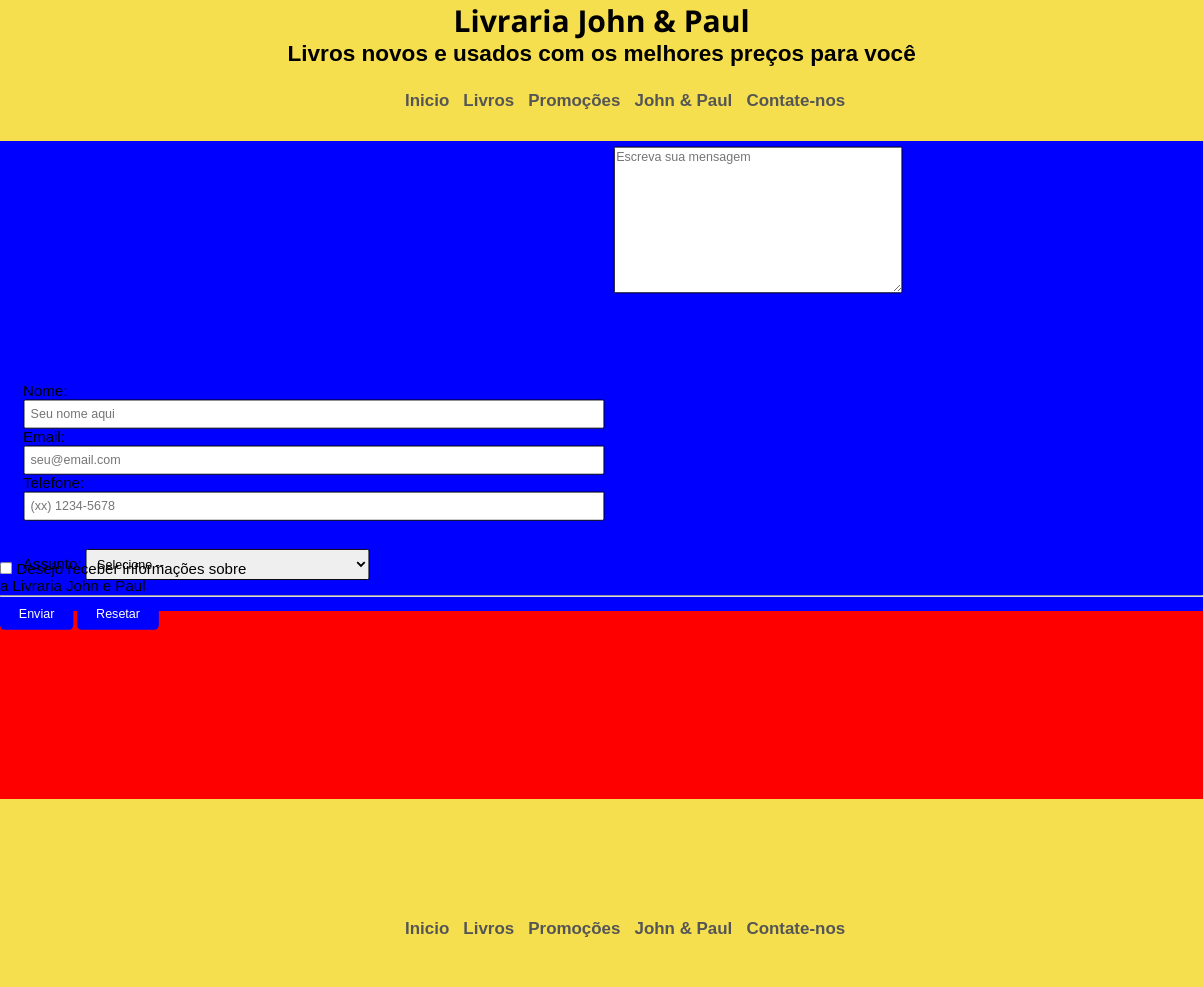
Repository: MarcoantonioCaldeira/Site-livraria-John-e-Paul
Page: contato.html
An editor plug-in stored every save of this project. The page is shown before and after the next save, followed by the edit.
The browser window is 1280 px wide. The pictures show the whole page, at 94% of full size.

Above is the page before, as saved 2022-09-25 11:27:58.

### contato.html
<!doctype html>
<html dir="ltr" lang="pt-BR">
<head>
   <meta charset="utf-8">
   <meta name="viewport" content="width=device-width, initial-scale=1.0">

   <title>Meu Primeiro Projeto</title>
   <link rel="stylesheet" href="css/estilo.css">
</head>
<body>
<header id="topo">
   <h1 class="textoVermelho center"> Livraria John & Paul</h1>
   <h2 class="center">Livros novos e usados com os melhores preços para você</h2>

<nav id="menu">
   <ul>
      <li><a href="index.html">Inicio</a></li>
      <li><a href="produtos.html">Livros</a></li>
      <li><a href="#">Promoções</a></li>
      <li><a href="sobre.html">John & Paul</a></li>
      <li><a href="contato.html">Contate-nos</a></li>
   </ul>
</nav>
</header>
<section class="section-contato">
   <form class="formulario">
      <fieldset>

         <div style="margin-top:20%">
            <label for="nome">Nome:</label>
            <input type="text" name="nome" id="nome" placeholder="Seu nome aqui">
            <label for="email">Email:</label>
            <input type="email" name="email" id="email" placeholder="seu@email.com">
            <label for="tel">Telefone:</label>
            <input type="tel" name="tel" id="tel" placeholder="(xx) 1234-5678" >
            <label for="assunto">Assunto:</label>
            <select name="assunto" id="assunto">
               <option selected="selected">Selecione --</option>
               <option>Trocas</option>
               <option>Atendimento</option>
               <option>Comercial</option>
               <option>Outros</option>
            </select>
         </div>
         <div>
            <textarea name="msg" id="msg" cols="20" rows="10" placeholder="Escreva sua mensagem"></textarea>
         </div>
      </fieldset>
      <input type="checkbox" name="news" id="news">
      <label for="news">Desejo receber informações sobre<br> a Livraria John e Paul</label>
      <hr>
      <button type="submit">Enviar</button>
      <button type="reset">Resetar</button>
   </form>
</section>
<footer id="rodape">
   <ul class="ul_rodape">
      <li><a href="index.html">Inicio</a></li>
      <li><a href="produtos.html">Livros</a></li>
      <li><a href="#">Promoções</a></li>
      <li><a href="sobre.html">John & Paul</a></li>
      <li><a href="contato.html">Contate-nos</a></li>
   </ul>
</footer>
</body>
</html>

### css/estilo.css
/* Import font from google */
@import url(http://fonts.googleapis.com/css?family=Open+Sans:400,300,700);

*{
   margin: 0;
}


body{
   background-color:  rgb(240, 224, 224);
   font-family: sans-serif;
   margin: 0;
   padding: 0;
}
h1,h3,h4,h5,h6{
   font-family: 'Open Sans', sans-serif;
}

.h2_destaque{
   margin-left: 45%;
   margin-top: 5%;
   color:#555;
   font-family: 'Open Sans', sans-serif;
}

#topo{
   background-color: #f5df4e;
   width: 100%;
   height:150px;
   margin:0 auto;
}

.destaques{
   background-color: rgb(240, 224, 224);
   width: 100%;
   height:1300px;
}


#menu{
   width:50%;
   text-align: center;
   margin-top: 2%;
   margin-left: 25%;
   height:50px;
}

a{
   font-weight:600;
   text-decoration: none;
   margin-left: 10px;
   font-family: arial;
   color:#555;
}

#menu li{
   display:inline;
}
.destaques li{
   width: 50%;
   float: left;
   text-align: center;
   list-style: none;
   padding: 20px 0;
}

ul{
   font-size: 18px;
}


.ul_rodape{
   margin-top: 10%;
}

.destaques li strong{
   width: 100%;
   display: block;
}
.center{
   text-align: center;
}



button{
   padding: 10px 20px;
   background-color: blue;
   color: #fff;
   border: none;
   -webkit-border-radius: 5px;
   -moz-border-radius: 5px;
   border-radius: 5px;
}
#rodape{
   width: 100%;
   height: 200px;
   background-color:  #f5df4e;
   color: #ccc;
   float: left;
   text-align: center;
}

p{
   color: #555;
   line-height: 34px;
   margin-left: 4%;
}

li {
   display: inline;
}

/*Produtos*/

.produtos{

   height:600px;
}

table{
   position: relative;
   margin-left: 27%;
   top: 20%;
   background-color:rgb(240, 224, 224);
   border-radius: 5px;
   border: 1px solid #555;
}

tr, td{
   border: 1px solid #555;
}


/*Sobre*/


.sobre{
   width: 100%;
   height:1400px;
}

h4
{
   text-align: center;
}

.h1-sobre{
   margin-top: 6%;
   margin-left: 40%;
}

.section-info{
   position: relative;
   margin-left: 24%;
   margin-top: 4%;
   width: 50%;
   height:200px;
}


.h3-valores{
   margin-top: 6%;
   margin-left: 43%;
}

.section-valores{
   position: relative;
   margin-left: 24%;
   margin-top: 4%;
   width: 50%;
   height:200px;
}

.h3-valores-2{
   margin-top: 4%;
   margin-left: 47%;
}

.h3-missao{
   margin-top: 4%;
   margin-left: 47%;
}

.section-missao{
   position: relative;
   margin-left: 24%;
   margin-top: 4%;
   width: 50%;
   height:200px;
}


/*Contato*/

.section-contato{
   background-color:red;
   width: 100%;
   height: 700px;
}

.formulario{
   background-color:blue;
   height:500px;
}


form fieldset{
   border: none;
}
form legend{
   text-transform: uppercase;
   font-size: 1.2em;
   padding: 0;
   width: 100%;
   border-bottom: 1px solid #555;
}
form label{
   width: 50%;
}

form input:not([type=checkbox]){
   width: 100%;
   padding: 7px;
   border-radius: 2px;
   border: 1px solid;
}

form select{
   width: 50%;
   border-radius: 2px;
   margin-top: 5%;
   padding: 7px;
   border: 1px solid;
}

form textarea{
   width: 50%;
   font-family: arial;
   border-radius: 2px;
   border: 1px solid;
}
form div{
   width: 48%;
   margin: 0 1%;
   height: 180px;
   float: left;
}


@media  screen and (max-width: 750px){


   #main-menu {
      display: none;
    }
    #hamburger-menu {
      display: inline;
    }

   h2.center, h1.center{
      font-size: 19px;
      color: blue;
   }

   h2.h2_destaque{
      margin-left: 40%;
   }

   ul#ul_rodape{
      color: red;
   }

   p{
      color: black;
      margin-top: 20%;
      margin-left: 4%;
   }

}

After the next save:
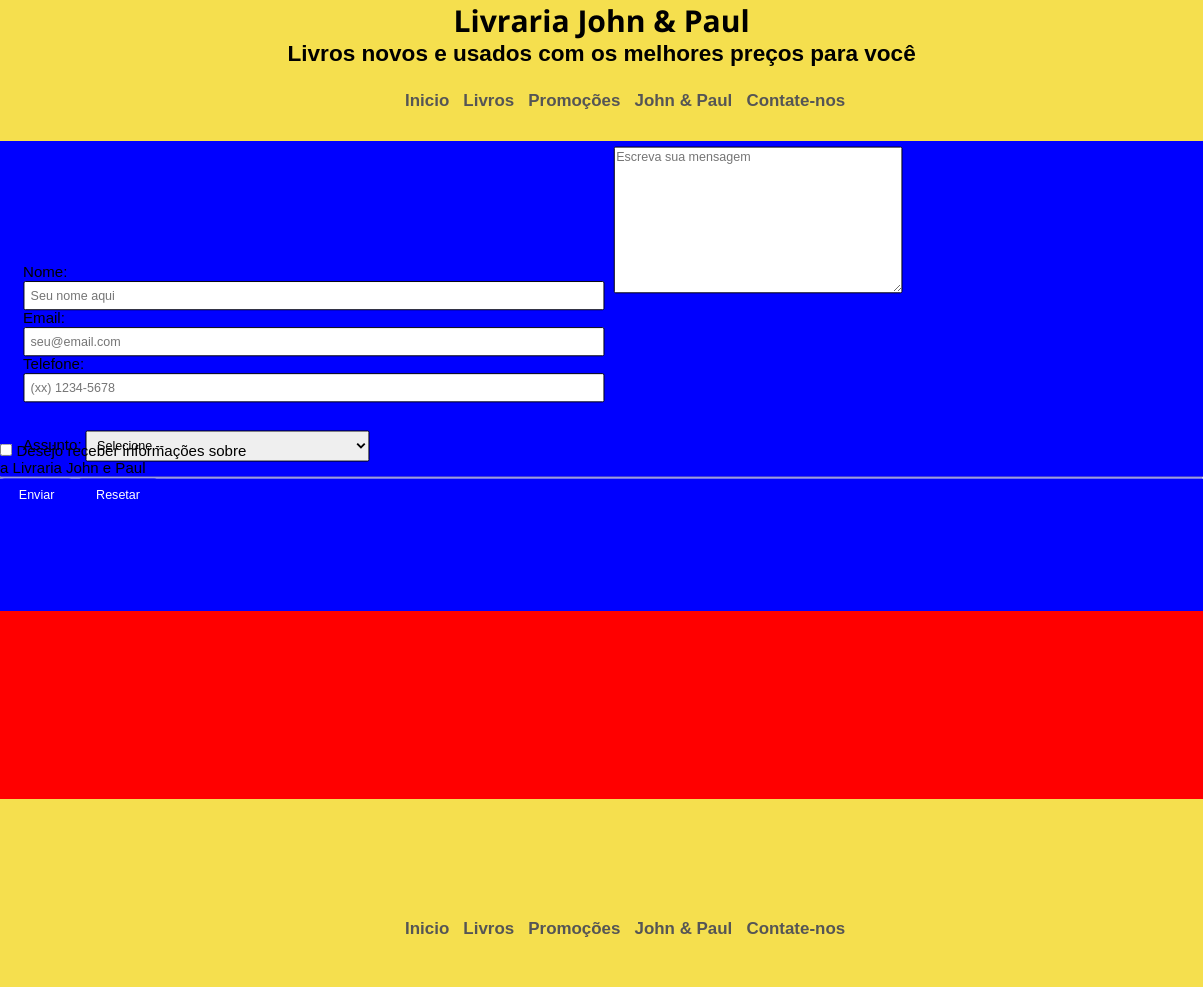
Saved 10 s later.
--- a/contato.html
+++ b/contato.html
@@ -26,7 +26,7 @@
    <form class="formulario">
       <fieldset>
 
-         <div style="margin-top:20%">
+         <div style="margin-top:10%">
             <label for="nome">Nome:</label>
             <input type="text" name="nome" id="nome" placeholder="Seu nome aqui">
             <label for="email">Email:</label>
